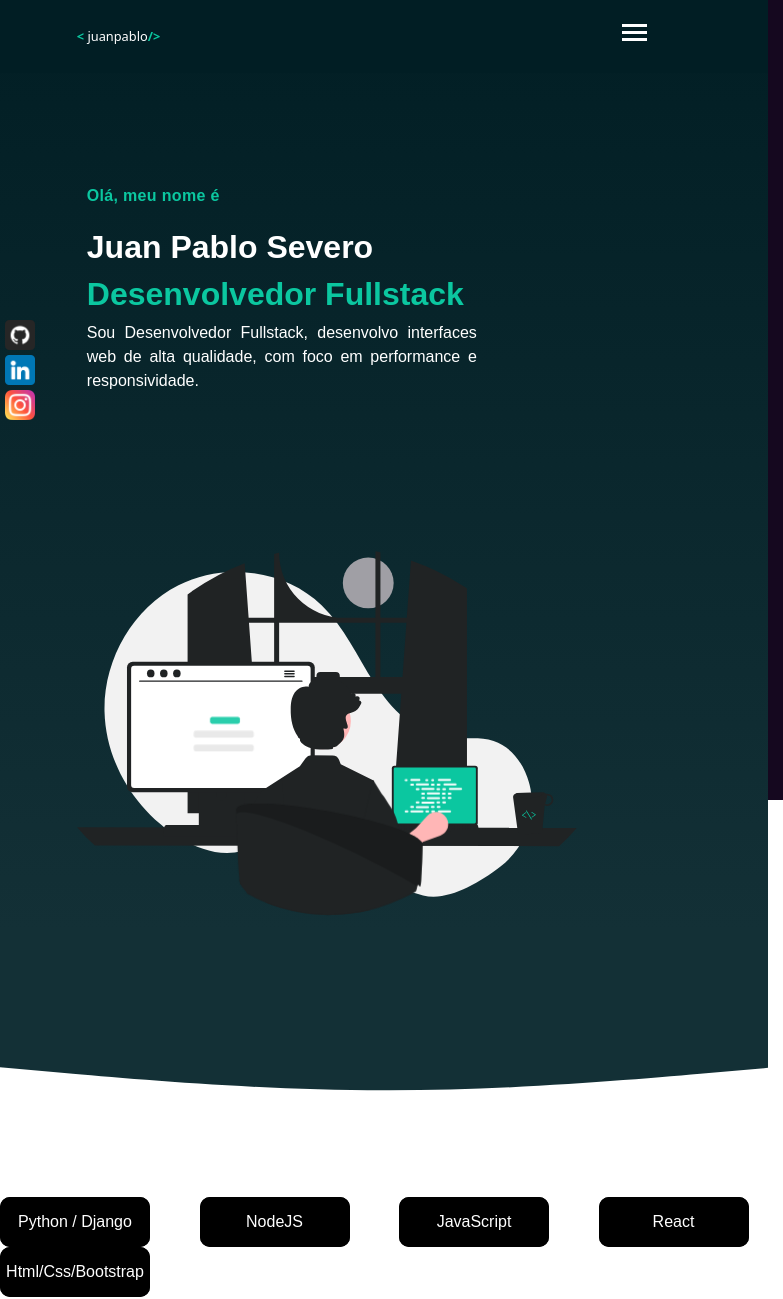
Repository: JuanPabloDS/portifolio
Page: http://localhost/
The author's editor kept a copy of each file at every save. The page is drawn from the files as they stood at one save, then again after the next save.
The browser window is 768 px wide. The page is 783 px wide, so the pictures cover 783 px, including what lies to the right of the window. The pictures show the whole page.
The page is served by the project's application, run on Django 4.2 (manage.py). Other server files are loaded and not shown.

Above is the page before, as saved 2023-03-23 14:39:53.

### core/templates/index.html
{% extends 'base.html' %}

{% block content %}

{% include 'perfils.html' %}

{% include 'portifolio.html' %}

{% include 'footer.html' %}

{% endblock %}

### core/templates/base.html
{% load static %}
<!DOCTYPE html>
<html lang="pt-br">
    <head>
        <!-- Required meta tags -->
        <meta charset="UTF-8">
        <meta http-equiv="X-UA-Compatible" content="IE=edge">
        <meta name="viewport" content="width=device-width, initial-scale=1.0">
        <title>Portifólio</title>
        <!-- Bootstrap CSS -->
        <link rel="stylesheet" href="{% static 'css/bootstrap.min.css' %}">
        <link rel="stylesheet" href="{% static 'css/style.css' %}">
        <link rel="stylesheet" href="{% static 'fonts/Poppins-Light.ttf' %}">

    </head>
    <body>
        <div class="pos-f-t">
          <header>
            <nav>
              <span class="span"><span class="span-cor">< </span>juanpablo<span class="span-cor">/></span></span>
              <ul class="nav-list">
                <div class="mobile-menu-ex">
                </div>
                <li><a href="#">Início</a></li>
                <li><a href="#">Sobre</a></li>
                <li><a href="#">Projetos</a></li>
                <li><a href="#">Contato</a></li>
              </ul>
            </nav>
          </header>
        </div>
        <div class="menu-icon">
            <div class="mobile-menu">
              <div class="line1"></div>
              <div class="line2"></div>
              <div class="line3"></div>
            </div>
          </div>
          <div class="page">


{% block content %}
{% endblock %}

### core/templates/portifolio.html
{% load static %}
<div class="portifolio">
    <div class="web">
        <h1>PORTIFÓLIO DESENVOLVEDOR WEB</h1>
    </div>
    <div class="dev-menu row">
        <div class="col-sm">
            <button  class="glow-on-hover" id="b-1" role="button"><span class="text but-1">Python / Django</span></button>
        </div>
        <div class="col-sm">
            <button class="glow-on-hover" id="b-2" role="button"><span class="text but-3">NodeJS</span></button>
        </div>
        <div class="col-sm">
            <button class="glow-on-hover" id="b-3" role="button"><span class="text but-2">JavaScript</span></button>
        </div>
        <div class="col-sm">
            <button class="glow-on-hover" id="b-4" role="button"><span class="text but-4">React</span></button>
        </div>
        <div class="col-sm">
            <button class="glow-on-hover" id="b-5" role="button"><span class="text but-5">Html/Css/Bootstrap</span></button>
        </div>
    </div>


</div>

### core/templates/footer.html
{% load static %}
</div>
<!-- jQuery first, then Tether, then Bootstrap JS. -->
<script src="{% static 'js/script.js' %}"></script>
<script src="{% static 'js/jquery.js' %}"></script>
<script src="{% static 'js/bootstrap.js' %}" ></script>
<script src="{% static 'js/bootstrap.min.js' %}" ></script>
<script src="{% static 'js/bootstrap.bundle.js' %}" ></script>
<script src="{% static 'js/bootstrap.bundle.min.js' %}" ></script>
</body>
</html>

### core/views.py
from django.views.generic import TemplateView

class IndexView(TemplateView):
    template_name: str = 'index.html'

### portifolio/urls.py
"""portifolio URL Configuration

The `urlpatterns` list routes URLs to views. For more information please see:
    https://docs.djangoproject.com/en/4.1/topics/http/urls/
Examples:
Function views
    1. Add an import:  from my_app import views
    2. Add a URL to urlpatterns:  path('', views.home, name='home')
Class-based views
    1. Add an import:  from other_app.views import Home
    2. Add a URL to urlpatterns:  path('', Home.as_view(), name='home')
Including another URLconf
    1. Import the include() function: from django.urls import include, path
    2. Add a URL to urlpatterns:  path('blog/', include('blog.urls'))
"""
from django.contrib import admin
from django.urls import path, include

from django.conf.urls.static import static
from django.conf import settings

urlpatterns = [
    path('admin/', admin.site.urls),
    path('', include('core.urls')),
] + static(settings.MEDIA_URL, document_root=settings.MEDIA_ROOT)

### core/urls.py
from django.urls import path
from .views import IndexView

urlpatterns = [
    path('', IndexView.as_view(), name='index')
]

### core/static/css/style.css
/*! body */


body{
    margin: auto;
    height: 100%;
    font-family: 'Poppins', sans-serif;
  }


* {
  scrollbar-color: #454a4d #202324;
}

.hidden {
  overflow: hidden;
}

main{
    margin: auto;
    width: 80%;
}

.page {
    margin: auto;
    width: 100%;
    padding-left: 10%;
    padding-right: 10%;
    background: -webkit-linear-gradient(270deg, #011e24, #133036 90%);

}


@media screen and (max-width: 600px) {
    body{
        width: 100%;
        margin: auto;
    }

}

/*! Menu */

a {
  color: #fff;
  text-decoration: none;
  transition: 0.3s;
}

a:hover {
  opacity: 0.7;
}

nav {
  display: flex;
  align-items: center;
  font-family: system-ui, -apple-system, Helvetica, Arial, sans-serif;
  background: #011e24;
  height: 73px;
  position: fixed;
  width: 100%;
}


main {
  background: url("bg.jpg") no-repeat center center;
  background-size: cover;
  height: 92vh;
  float: right;
}

.nav-list {
  list-style: none;
  display: flex;
  position: fixed;
  z-index:9;
  top: 0;
  width: 100vw;
  height: 100%;
  background: #15081f;
  flex-direction: column;
  align-items: center;
  justify-content: space-around;
  transform: translateX(100%);
  transition: transform 0.3s ease-in;
}

.span {
  color: white;

  margin-left: 10%;
}

.span-cor{
  color: #0bc7a0;
  font-weight: bold;
}

.nav-list li {
  letter-spacing: 3px;
  margin-left: 0;
  opacity: 0;
}

.mobile-menu {
  display: block;
  cursor: pointer;
  width: 80%;
  margin:auto;
}

.mobile-menu div {
  width: 42px;
  height: 3px;
  background: #fff;
  margin: 8px;
  margin-left: auto;
  transition: 0.3s;
}

.mobile-menu.active .line1 {
  transform: rotate(-45deg) translate(-9px, 10px);
}

.mobile-menu.active .line2 {
  opacity: 0;
}

.mobile-menu.active .line3 {
  transform: rotate(45deg) translate(-5px, -7px);
}

.nav-list.active {
  transform: translateX(0);
}

.mobile-menu-ex {
  display: block;
  cursor: pointer;
}


@keyframes navLinkFade {
  from {
    opacity: 0;
    transform: translateX(50px);
  }
  to {
    opacity: 1;
    transform: translateX(0);
  }
}

.menu-icon {
  position: fixed;
  z-index:10;
  top:0;
  margin-top: 20px;
  left: 80%;
}

@media screen and (max-width: 800px) {

  .mobile-menu div {
    background: #fff;
    margin: 4px;
    transition: 0.3s;
    width: 25px;
    }
  .span{
    font-size: 0.8rem;
  }
  .mobile-menu.active .line1 {
    transform: rotate(-45deg) translate(-4px, 2px);
  }

  .mobile-menu.active .line3 {
    transform: rotate(45deg) translate(-8px, -6px);
  }

  .nav-list a {
    font-size: 10px;
  }


}


/*! Fim Menu inicial */

/*! Perfil */

.perfil{
    display: flex;
    flex-direction: row ;
    flex-wrap: wrap;
    background-color: black;
}

.imagem{
  display: flex;
  flex-direction: row ;
  flex-wrap: wrap;
  flex-flow: row wrap;
  justify-content: flex-end;
  margin-top: 70px;
  margin-bottom: 50px;
  align-items: end;
  width: auto;
  height: auto;
}

.imagem img {

    width: 400px;
    height: 400px;
    float: right;
    -webkit-filter: drop-shadow(15px 10px 5px rgba(0,0,0,.5));
    filter: drop-shadow(15px 10px 5px rgba(0,0,0,.5));
}

.svg {
  background-color: #133036;
}



.perfil-img {
  width: 150px;
  height: 150px;
  border-radius: 100%;
}

.perfil-img:hover {
  -webkit-transform: scale(2.3);
  -ms-transform: scale(2.3);
  transform: scale(1.3);
}



.perfil-div{
  margin-left: 15px;
  margin-top: 20px;
}
.perfil-p{
  width: 400px;
  margin-top: 20px;
  font-size: 16px;
  color: white;
  text-align: justify;
  padding-left: 10px;
}
.perfil-p p {
  margin-bottom: 20px;
}
.perfil-p h2 {
  font-weight: 600;
}

.h2 {
  color: #0bc7a0;
}


.apresentacao {
  width: 100%;
  display: flex;
  flex-direction: column ;
  flex-wrap: wrap;
}

.show{
  display: flex;
  flex-flow: row wrap;
  justify-content: space-between;
  margin-top: 11vw;
  width: 100%;
}

.nome {
  color: #0bc7a0;
  font-weight: 600;
  font-size: inherit;
  letter-spacing: 0.02rem;
}

.borda{
  display: flex;
  flex-direction: row ;
  flex-wrap: wrap;
}

.borda h1 {
    font-weight: bold;
    color: white;
    font-size: 60px;
    letter-spacing: 5px;
    text-shadow: rgb(114, 106, 106) 0.05em 0.05em 0.1em;

}

.borda h3 {
  font-weight: bold;
  color: white;
  font-size: 17px;
  letter-spacing: 5px;
  padding-bottom: 15px;
  text-shadow: rgb(114, 106, 106) 0.05em 0.05em 0.1em;


}
.icons{
  position: fixed;
  padding-left: 5px;
  bottom: 0;
  left: 0;
  width: 50px;
  top: 40%;
}

.icons img{
  width: 50px;
  height: 50px;
  margin-bottom: 5px;
}

/* SVG */

#change {
  animation: change 6s infinite;
  transform-origin: center;
}

@keyframes change {
  0% {
    transform: rotateZ(0deg);

  }
  30% {
    transform: rotateZ(100deg);

  }
  40%, 50% {
    opacity: 0;
  }
  90%, 100% {
    transform: rotateZ(360deg);
  }
}

#code1 {
  animation: code 3s ease infinite;
}

@keyframes code {
  20%, 100% {
    opacity: 0;
  }
  0% {
    width: 0;
    opacity: 1;
  }
  100%{
    width: 100;
    opacity: 1;
  }
}

#code2 {
  animation: code2 3s infinite ease-in-out;
}

@keyframes code2 {

  0% {
    width: 0px;
  }
  100%{
    width: 200;
    opacity: 1;
  }
}


@media screen and (max-width: 800px) {
  .borda {
    display: flex;
    flex-direction: column;
    flex-wrap: inherit;
    width: 135%;
  }
  .borda h1 {
    letter-spacing: 0.6vw;
    font-size: 7vw;
  }
  .borda h3 {

    font-size: 4vw;
    letter-spacing: 0.6vw;
  }
  .borda p {
    margin-top: 1vw;
    font-size: 2vw;
  }
  .imagem img {
    margin-top: 3vw;
    width: 50vw;
    height: 50vw;
  }
  .icons{
    width: 30px;
  }
  .icons img {
    width: 30px;
    height: 30px;
  }
  .perfil-p {

    margin-top: 100px;

  }


}
#elementEl::after {
  content: '|';
  margin-left: 5px;
  animation: blink 0.7s infinite;

}

@keyframes blink {
  0% {
    opacity: 1;
  }
  100% {
    opacity: 0;
  }
}

/*! Fim Perfil */

/*! Portifolio */

.portifolio{
  display: flex;
  flex-direction: column ;
  flex-wrap: wrap;
}
.web{

  padding-top: 15px;
  padding-bottom: 10px;
  padding-left: 15px;
  margin-bottom: 30px;
}
.web h1 {
  font-weight: bold;
  color: #fff;
  font-size: 30px;
}

/*! button */

.glow-on-hover {
  width: 150px;
  height: 50px;
  border: none;
  outline: none;
  color: #fff;
  background: #111;
  cursor: pointer;
  position: relative;
  z-index: 0;
  border-radius: 10px;
}

.glow-on-hover:before {
  content: '';
  background: linear-gradient(45deg, #ff0000, #ff7300, #fffb00, #48ff00, #00ffd5, #002bff, #7a00ff, #ff00c8, #ff0000);
  position: absolute;
  top: -2px;
  left:-2px;
  background-size: 400%;
  z-index: -1;
  filter: blur(5px);
  width: calc(100% + 4px);
  height: calc(100% + 4px);
  animation: glowing 20s linear infinite;
  opacity: 0;
  transition: opacity .3s ease-in-out;
  border-radius: 10px;
}

.glow-on-hover:active {
  color: #000
}

.glow-on-hover:active:after {
  background: transparent;
}

.glow-on-hover:hover:before {
  opacity: 1;
}

.glow-on-hover:after {
  z-index: -1;
  content: '';
  position: absolute;
  width: 100%;
  height: 100%;
  background: black;
  left: 0;
  top: 0;
  border-radius: 10px;
}

#b-1::after {
  background: black;
}
#b-2::after {
  background: black;
}
#b-3::after {
  background: black;
}
#b-4::after {
  background: black;
}
#b-5::after {
  background: black;
}

@keyframes glowing {
  0% { background-position: 0 0; }
  50% { background-position: 400% 0; }
  100% { background-position: 0 0; }
}

Loaded but not shown: core/static/css/bootstrap.min.css (library); core/static/js/jquery.js (library); core/static/js/bootstrap.js (library); core/static/js/bootstrap.min.js (library); core/static/js/bootstrap.bundle.js (library); core/static/js/bootstrap.bundle.min.js (library); core/static/js/script.js (58 lines, source omitted); core/templates/perfils.html (135 lines, source omitted)

After the next save:
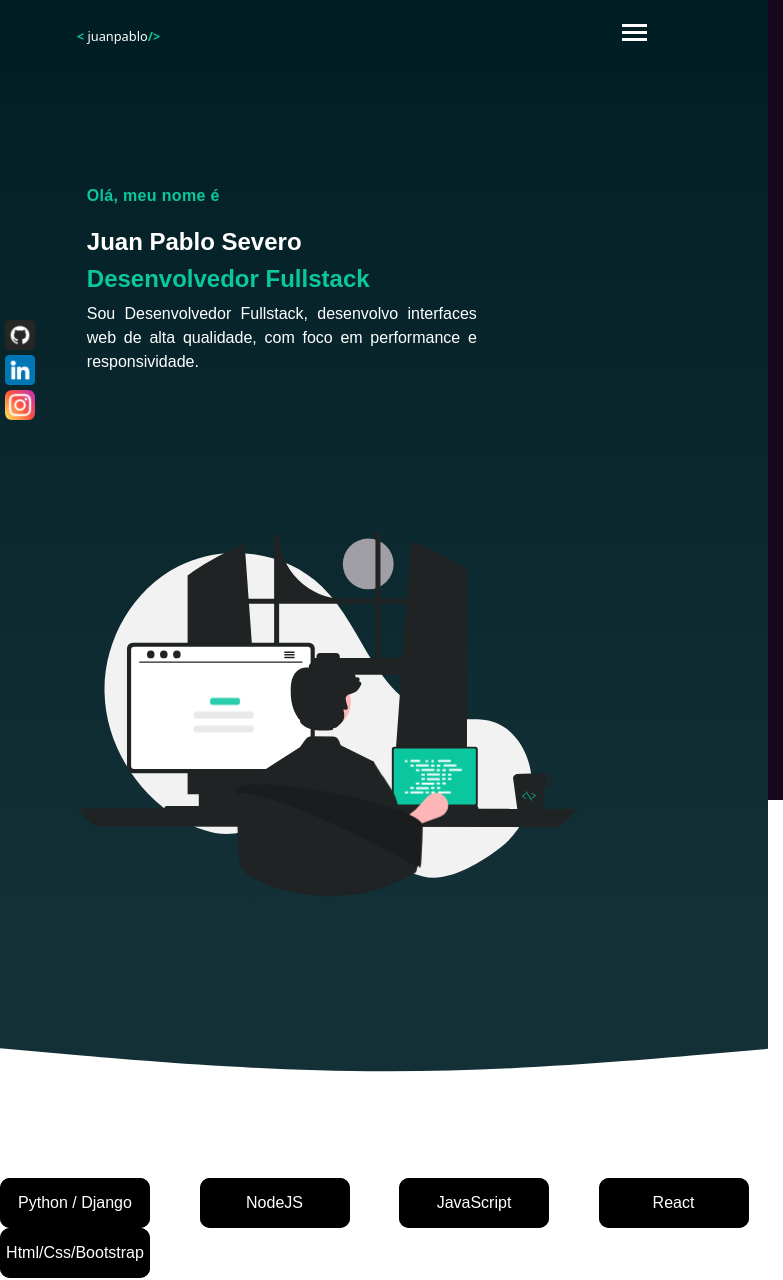
Saved 5 min 1 s later.
--- a/core/static/css/style.css
+++ b/core/static/css/style.css
@@ -418,7 +418,9 @@ main {
   .perfil-p {
 
     margin-top: 100px;
-
+  }
+  .perfil-p h2 {
+    font-size: 1.5rem;
   }
 
 
